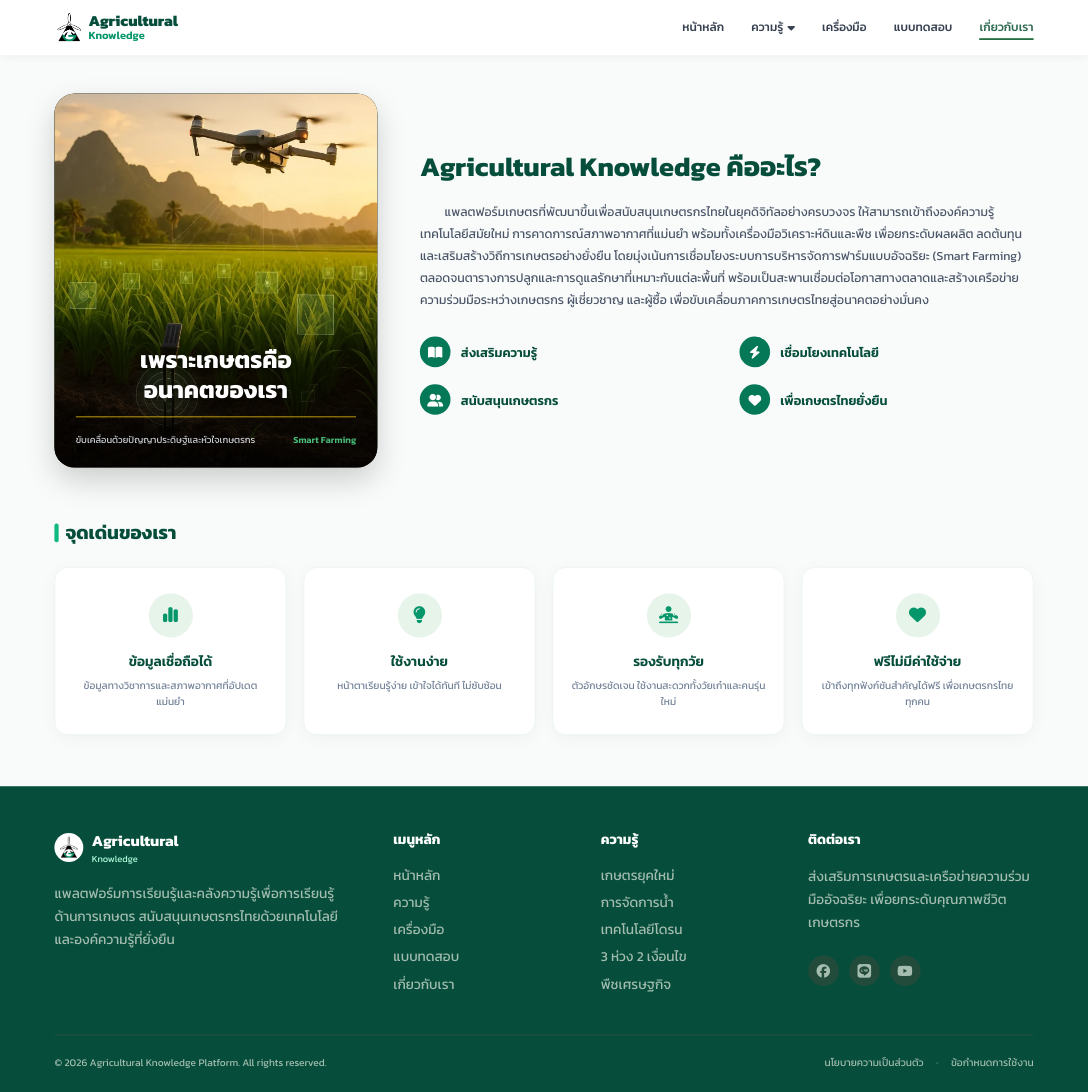
Repository: nuwat-wa/Project-WebdesignAG
Page: ag2.html
The author's editor kept a copy of each file at every save. The page is drawn from the files as they stood at one save, then again after the next save.
The browser window is 1280 px wide. The pictures show the whole page, at 85% of full size.

Above is the page before, as saved 2026-10-03 21:49:42.

After the next save:
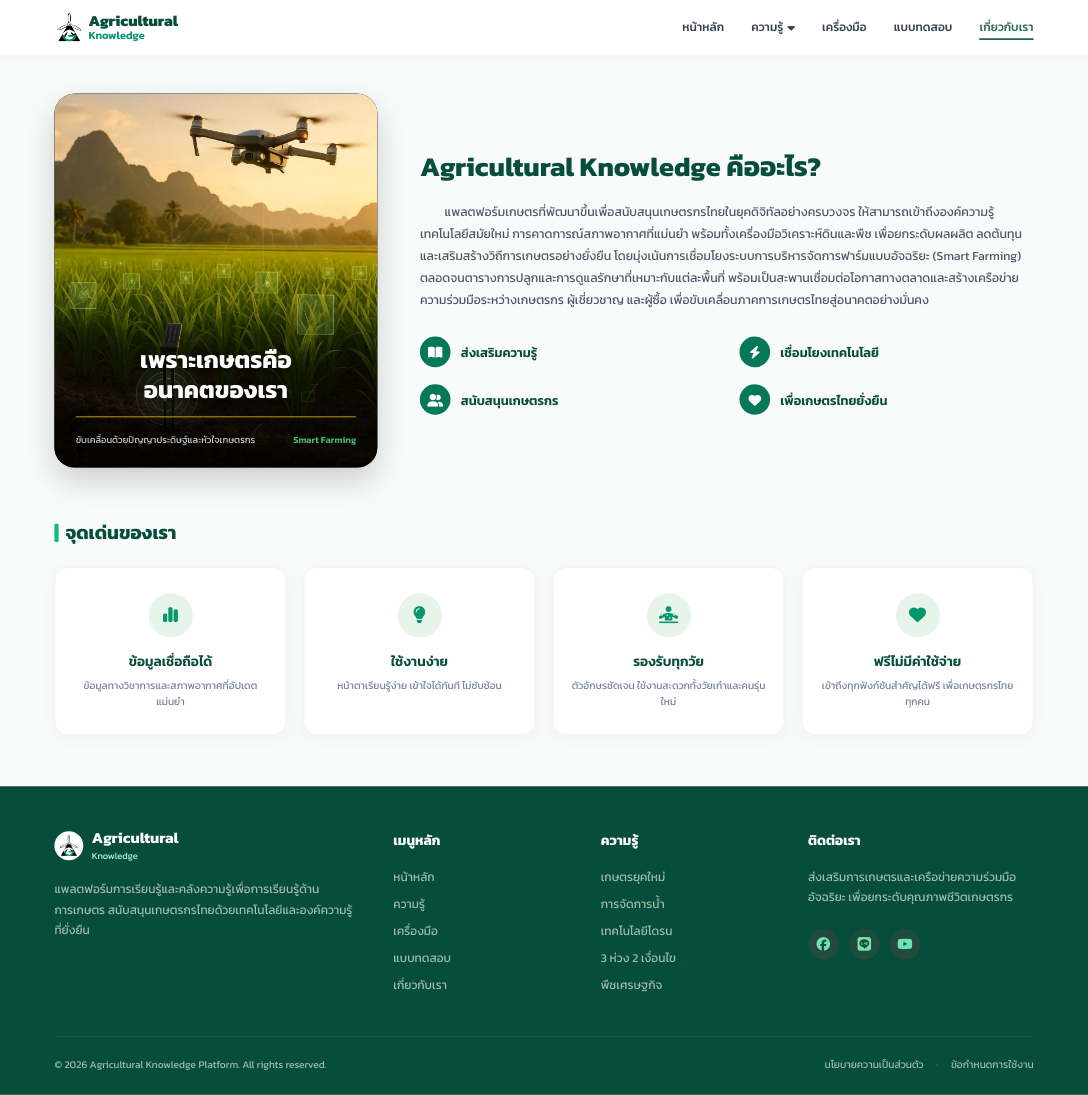
Saved 38 s later.
--- a/style/ag2.css
+++ b/style/ag2.css
@@ -423,13 +423,45 @@ body {
   padding: 50px 5% 25px;
   background: #064e3b;
   color: #a4bdb0;
+  font-size: 14px;
+  line-height: 1.7;
+}
+
+.site-footer a {
+  color: #a4bdb0;
+  text-decoration: none;
+}
+
+.site-footer a:hover {
+  color: #65dfb0;
+}
+
+.footer-top,
+.footer-bottom {
+  width: 100%;
+  max-width: none;
+  margin: 0;
 }
 
 .footer-top {
-  width: 100%;
-  display: grid;
-  grid-template-columns: 1.6fr 0.9fr 0.9fr 1.2fr;
+  display: flex;
+  justify-content: space-between;
   gap: 45px;
+}
+
+.footer-about {
+  flex: 1.6;
+  min-width: 0;
+}
+
+.footer-column {
+  flex: 0.9;
+  min-width: 0;
+}
+
+.footer-contact {
+  flex: 1.2;
+  min-width: 0;
 }
 
 .footer-logo {
@@ -458,17 +490,15 @@ body {
   justify-content: center;
 }
 
-.footer-logo strong,
+.footer-logo strong {
+  display: block;
+  color: white;
+  font-size: 18px;
+  line-height: 1.2;
+}
+
 .footer-logo small {
   display: block;
-}
-
-.footer-logo strong {
-  color: white;
-  font-size: 18px;
-}
-
-.footer-logo small {
   color: #b3ffe1;
   font-size: 11px;
 }
@@ -479,11 +509,6 @@ body {
   font-size: 16px;
 }
 
-.site-footer p {
-  margin: 0;
-  line-height: 1.7;
-}
-
 .site-footer ul {
   padding: 0;
   list-style: none;
@@ -493,15 +518,6 @@ body {
   margin-bottom: 8px;
 }
 
-.site-footer a {
-  color: #a4bdb0;
-  text-decoration: none;
-}
-
-.site-footer a:hover {
-  color: #65dfb0;
-}
-
 .footer-social {
   display: flex;
   gap: 12px;
@@ -511,22 +527,27 @@ body {
 .footer-social a {
   width: 36px;
   height: 36px;
+  border-radius: 50%;
   background: #224b3b;
-  border-radius: 50%;
+  color: #6ce4b6 !important;
   display: flex;
   align-items: center;
   justify-content: center;
+  font-size: 16px;
+}
+
+.footer-social a:hover {
+  background: #30634e;
 }
 
 .footer-bottom {
-  width: 100%;
+  display: flex;
+  align-items: center;
+  justify-content: space-between;
+  gap: 20px;
   margin-top: 40px;
   padding-top: 22px;
   border-top: 1px solid #2b5140;
-  display: flex;
-  align-items: center;
-  justify-content: space-between;
-  gap: 20px;
   font-size: 12px;
 }
 
